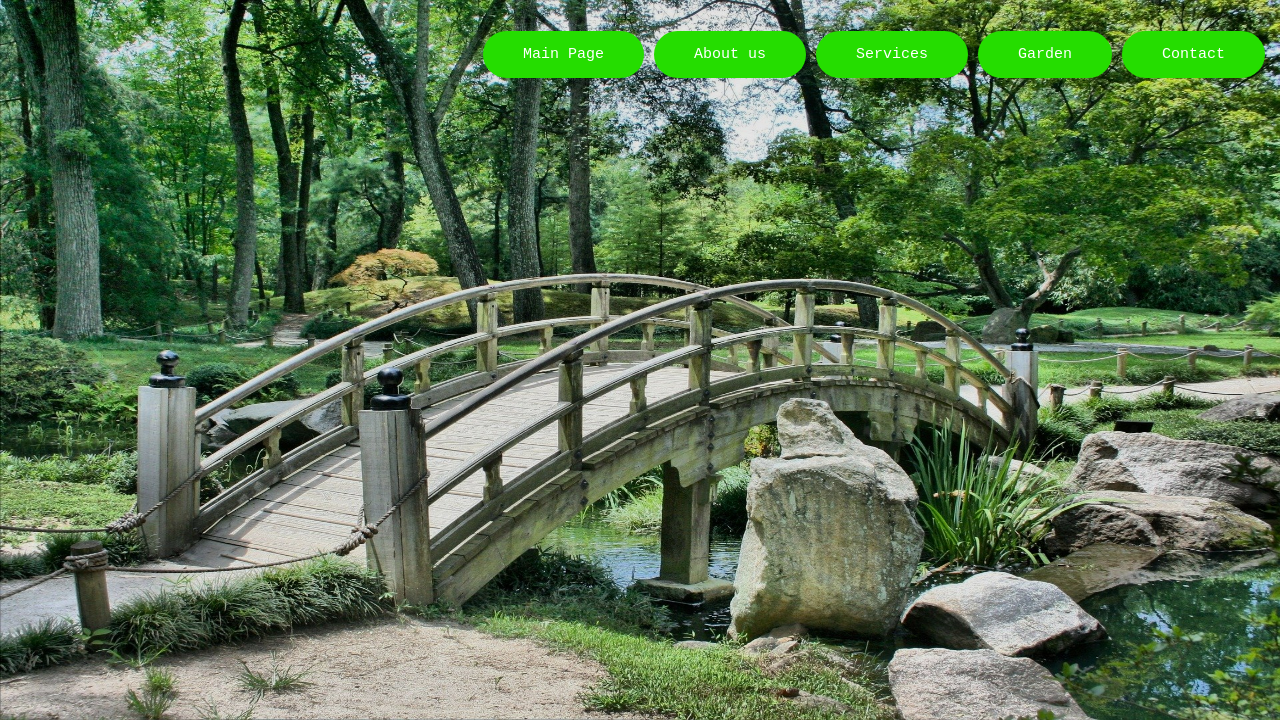
Repository: PatryxB/garden
Page: http://localhost/
An editor plug-in stored every save of this project. The page is shown before and after the next save, followed by the edit.
The browser window is 1280 px wide. The pictures show the whole page.
Some web fonts or font styles are not loaded; a fallback is used. The page is served by the project's Laravel application, run on PHP 8.4 with Laravel 8. Style sheets and scripts are compiled from the project's sources, by tool versions that may differ from the author's.

Above is the page before, as saved 2020-05-01 21:15:54.

After the next save:
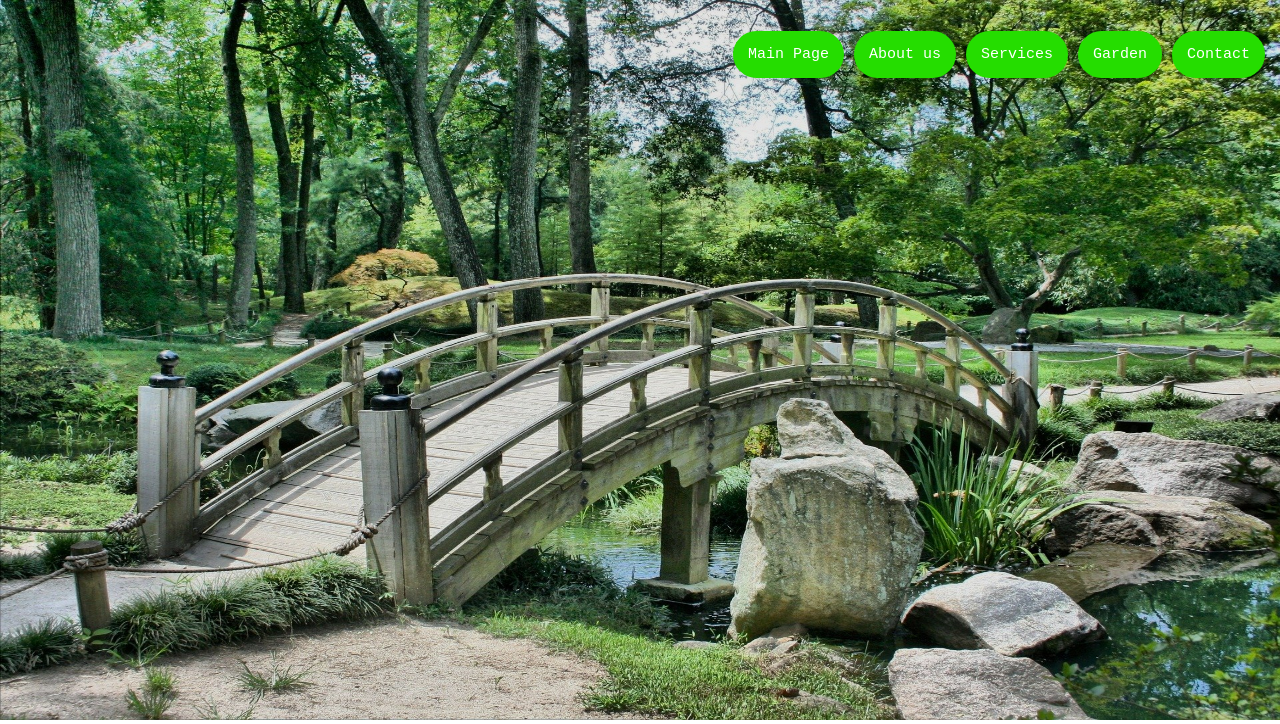
Saved 11 s later.
--- a/resources/sass/app.scss
+++ b/resources/sass/app.scss
@@ -22,7 +22,7 @@ nav ul li a{
     display: inline-block;
     background-color: rgb(37, 221, 0);
     color: white;
-    padding: 15px 40px;
+    padding: 15px;
     border-radius: 25px;
     margin-left: 10px;
     cursor:pointer;
